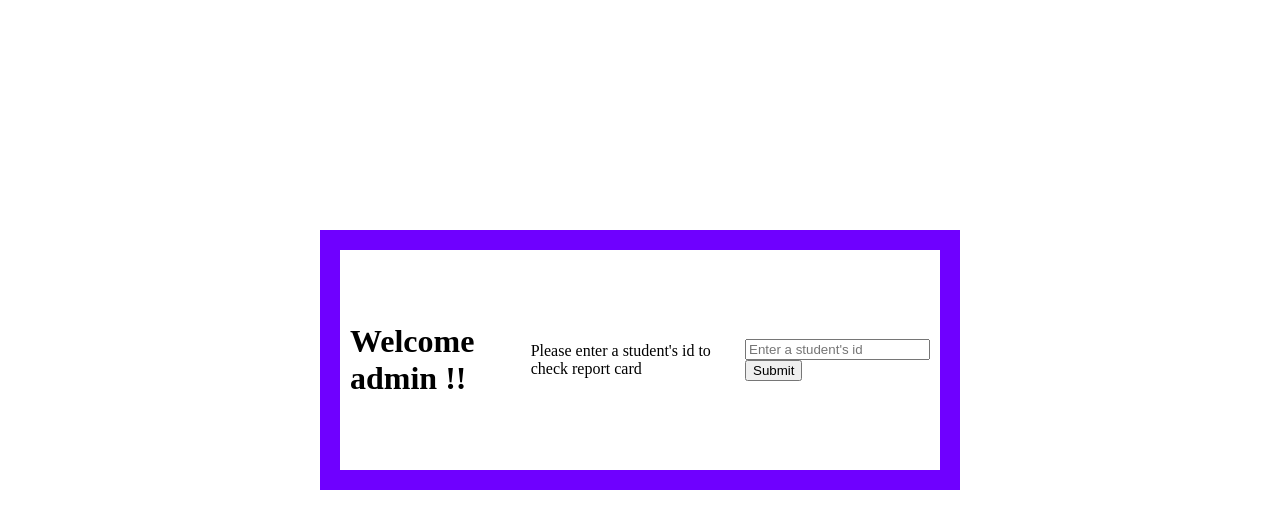
Repository: MriOj/OnlineExamPortal
Page: http://localhost/ExamPortal/admlogin.jsp
An editor plug-in stored every save of this project. The page is shown before and after the next save, followed by the edit.
The browser window is 1280 px wide. The pictures show the whole page.
The page is served by Tomcat 9.

Above is the page before, as saved 2021-09-05 05:00:36.

After the next save:
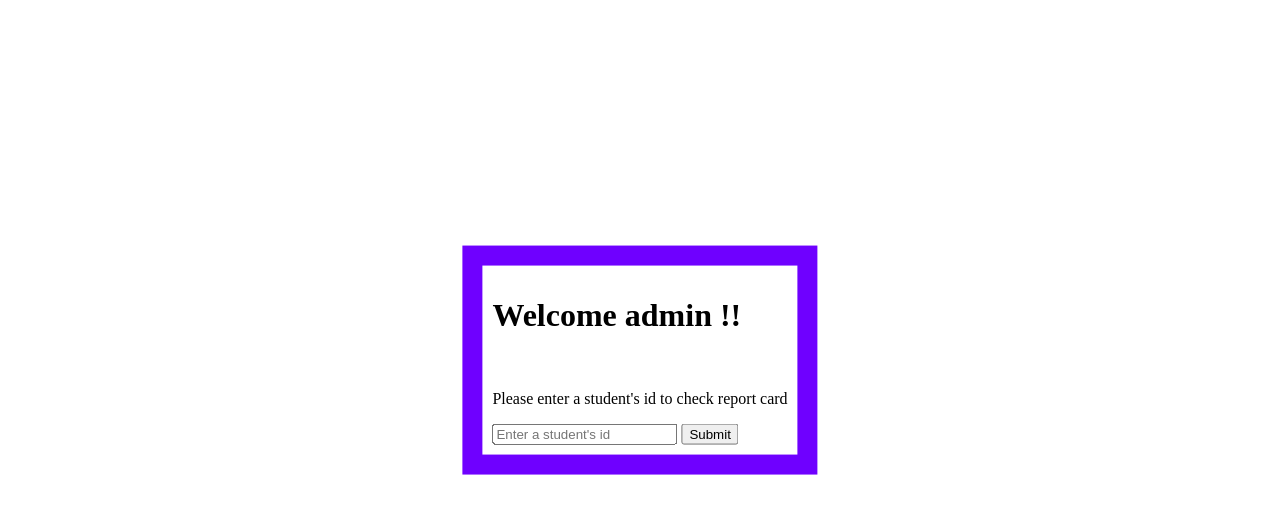
Saved 8 s later.
--- a/ExamPortal/src/main/webapp/admlogin.jsp
+++ b/ExamPortal/src/main/webapp/admlogin.jsp
@@ -7,11 +7,8 @@
 <title>Admin</title>
 <style>
 .center {
-  display: flex;
-  justify-content: center;
-  align-items: center;
-  height: 200px;
-  border: 10px solid grey;
+
+
     position: absolute;
   left: 50%;
   top: 50%;
